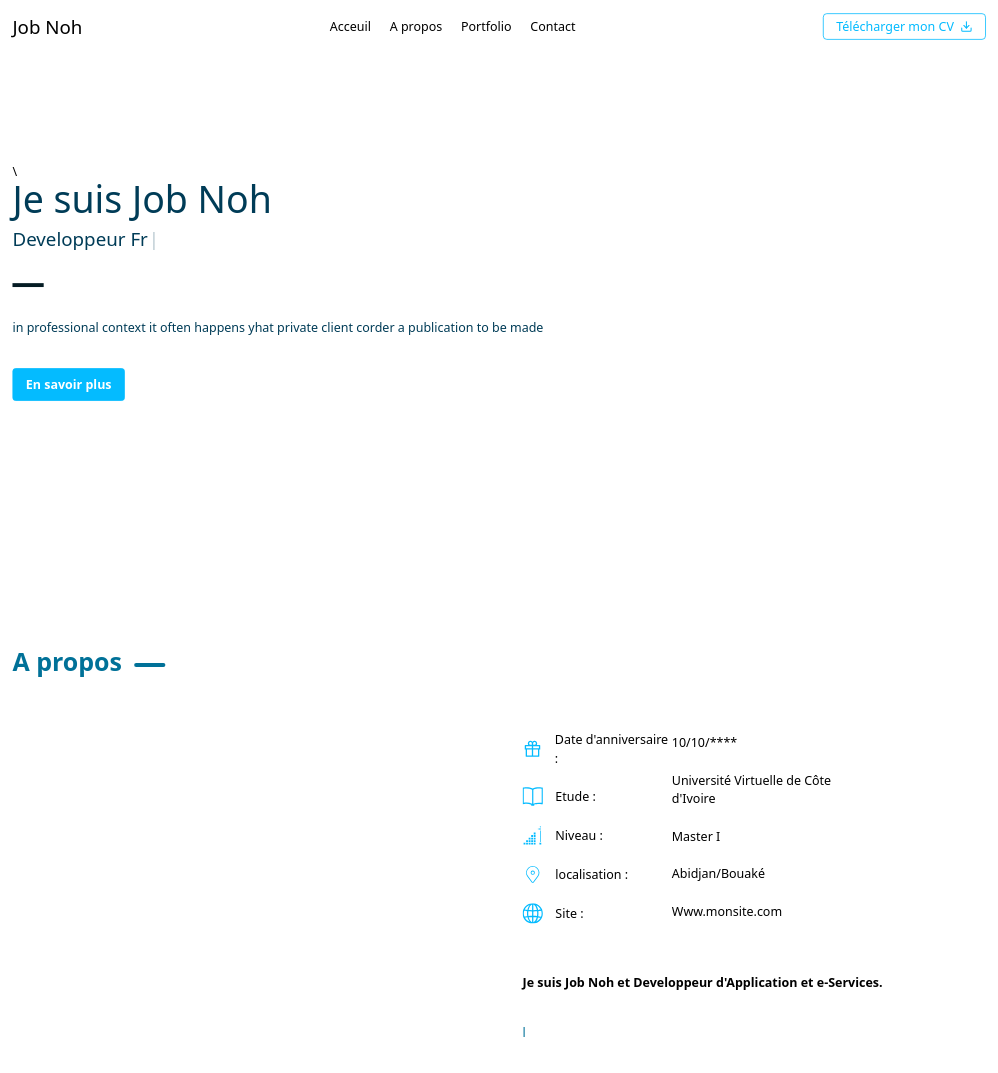
Repository: anoy1010/Nextportfolio
Page: /
These files come from the project's save history. The page is drawn as it stood at one moment and after the next save; the edit follows.
The browser window is 1280 px wide. The pictures show the whole page, at 78% of full size.
Backgrounds fixed to the window are drawn as part of the page. The project was rebuilt for these pictures with package versions that can differ from the ones it lists, and the page was loaded fresh each time. The framework's server and built-in components were replaced by stand-ins that run in the browser. Also part of the build but not shown: next.config.js, styles/Home.module.css.

Above is the page before, as saved 2023-03-06 18:02:48.

After the next save:
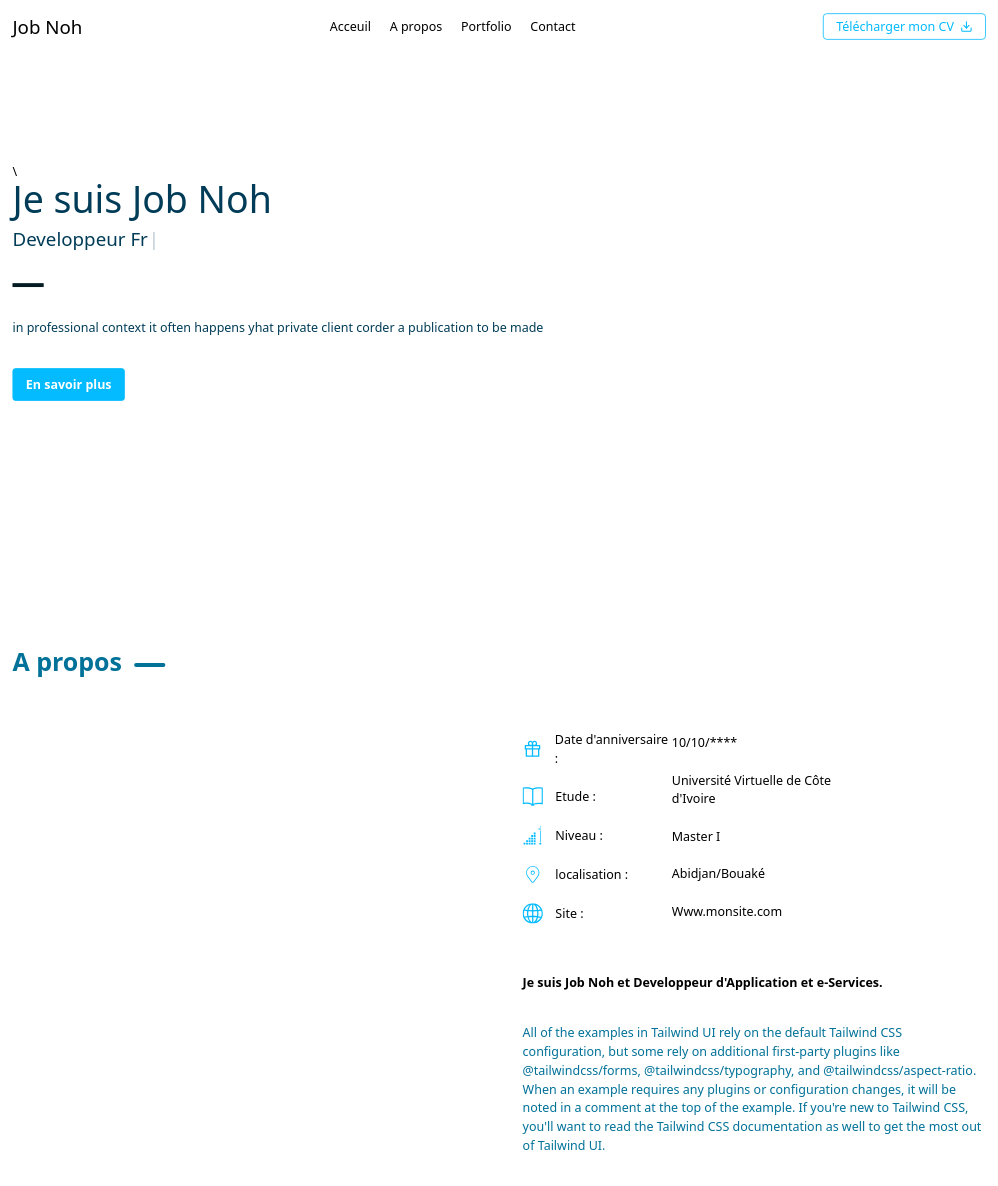
Saved 2 min 33 s later.
--- a/components/About.js
+++ b/components/About.js
@@ -65,7 +65,11 @@ const About = () => {
                         Je suis Job Noh et Developpeur d'Application et e-Services.
                     </h2>
                     <p className='text-[#007198]'>
-                        l
+                         All of the examples in Tailwind UI rely on the default Tailwind CSS configuration, but some rely on additional first-party plugins like @tailwindcss/forms, @tailwindcss/typography, and @tailwindcss/aspect-ratio.
+
+                        When an example requires any plugins or configuration changes, it will be noted in a comment at the top of the example.
+
+                        If you're new to Tailwind CSS, you'll want to read the Tailwind CSS documentation as well to get the most out of Tailwind UI.
 
                     </p>
 
